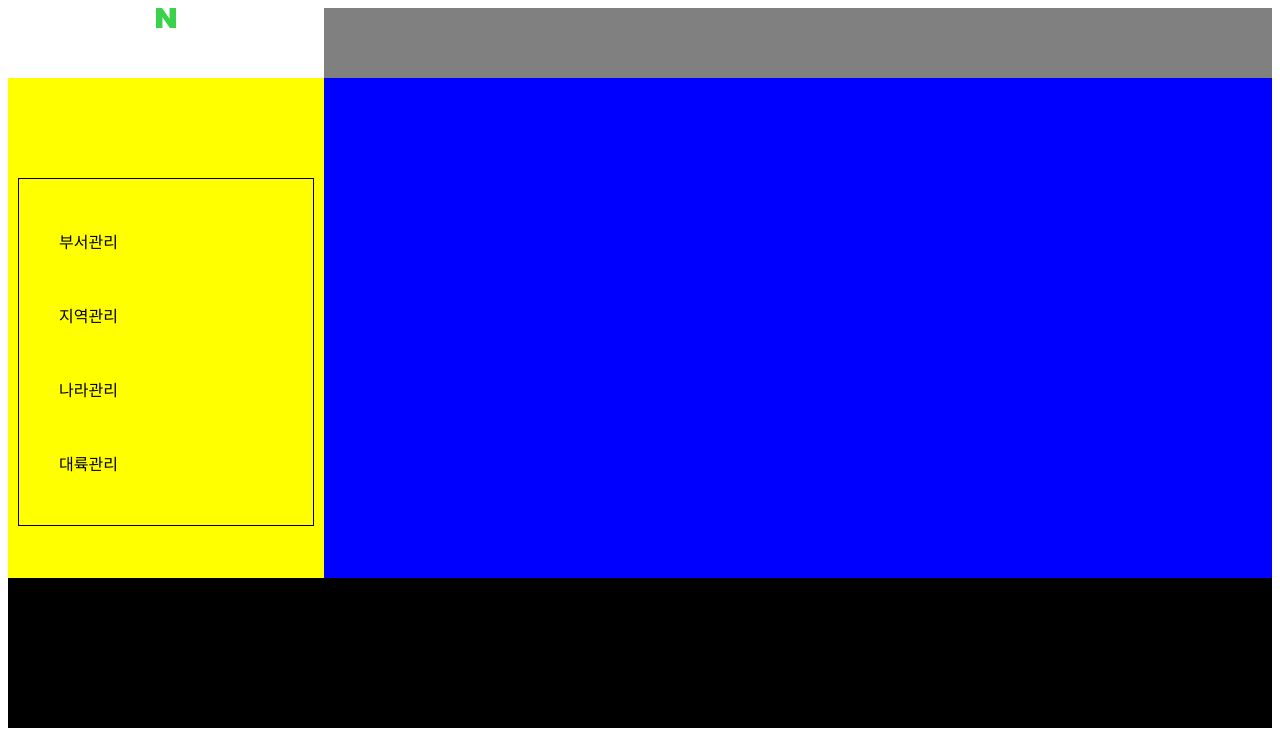
Repository: mireu930/Serverlet_App
Page: src/build/classes/webapp/template/layout.html
The author's editor kept a copy of each file at every save. The page is drawn from the files as they stood at one save, then again after the next save.
The browser window is 1280 px wide. The pictures show the whole page.

Above is the page before, as saved 2025-02-07 11:46:01.

### src/build/classes/webapp/template/layout.html
<!DOCTYPE html>
<html lang="en">
<head>
  <meta charset="UTF-8">
  <meta name="viewport" content="width=device-width, initial-scale=1.0">
  <title>Document</title>
  <style>
    header {
  width: 100%;
  height: 70px;
  /* background-color: gray; */
}

.wrap_left{
  display: flex;
}

.left {
  width: 25%;
  height: 100%;

}

.right {
  width: 75%;
  height: 100%;
}

.logo {
  /* background-color:aqua; */
  box-sizing: border-box;
  /* padding: 20px 60px; */
}

.logo img {
  display: block;
  margin: 0 auto;
}

.menu {
  background-color:gray;

}

.content {
  width: 100%;
  height: 500px;
  background-color: red;
}

.content_left {
  background-color:yellow;
  /* padding: auto 10px; */
}

.content_left ul {
  list-style: none;
  border: 1px black solid;
  margin: 100px 10px;
}

.content_left ul li {
  margin: 50px 0;
}

.content_right {
  background-color:blue
}

footer {
  width: 100%;
  height: 150px;
  background-color: black;
}
  </style>
</head>
<body>
  <header class = "wrap_left">
    <div class = "left logo" >
      <img src = "/naver_sports/images/네이버.svg">
    </div>
    <div class = "right menu">

    </div>
  </header>
  <section class = "wrap_left content">
    <div class = "left content_left">
      <ul>
        <li>부서관리</li>
        <li>지역관리</li>
        <li>나라관리</li>
        <li>대륙관리</li>
      </ul>
    </div>
    <div class = " right content_right">

    </div>
  </section>
  <footer class = "wrap_left">
    <div class = "left footer_left">

    </div>
    <div class = "right footer_right">

    </div>
  </footer>

</body>
</html>

After the next save:
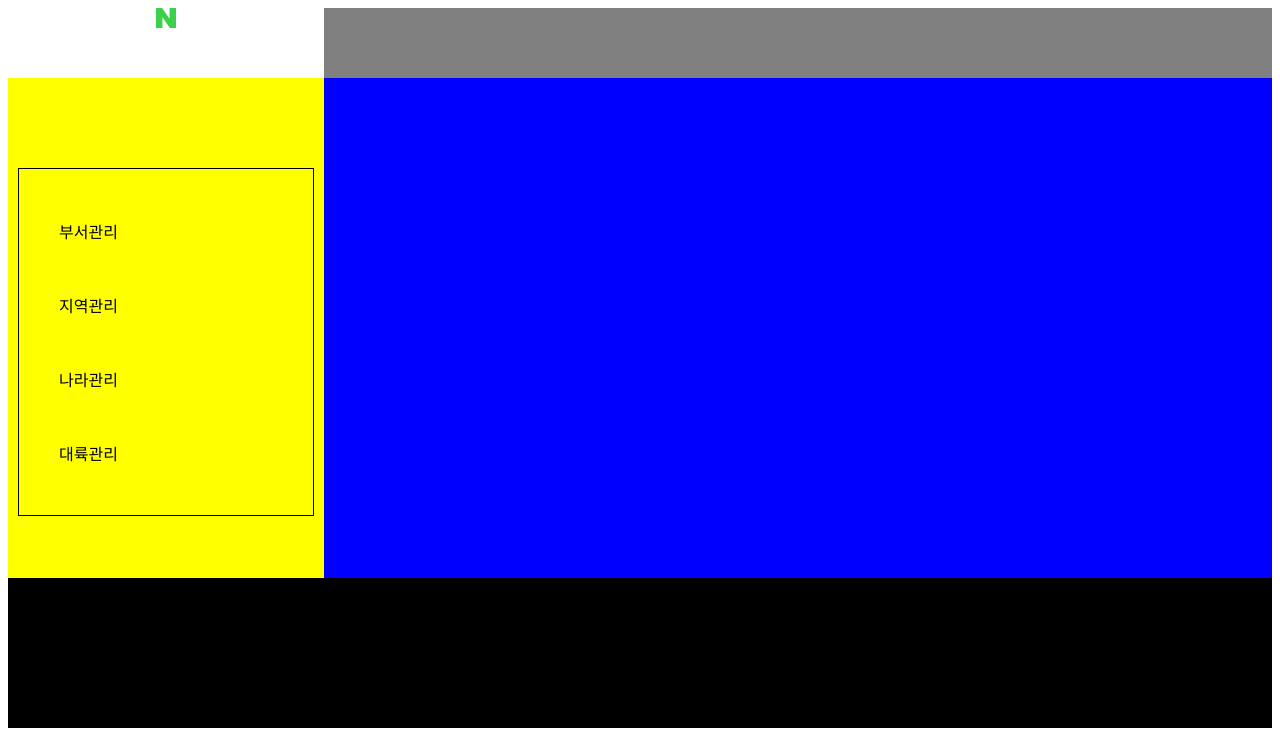
Saved 14 s later.
--- a/src/build/classes/webapp/template/layout.html
+++ b/src/build/classes/webapp/template/layout.html
@@ -56,7 +56,7 @@
 .content_left ul {
   list-style: none;
   border: 1px black solid;
-  margin: 100px 10px;
+  margin: 90px 10px;
 }
 
 .content_left ul li {
